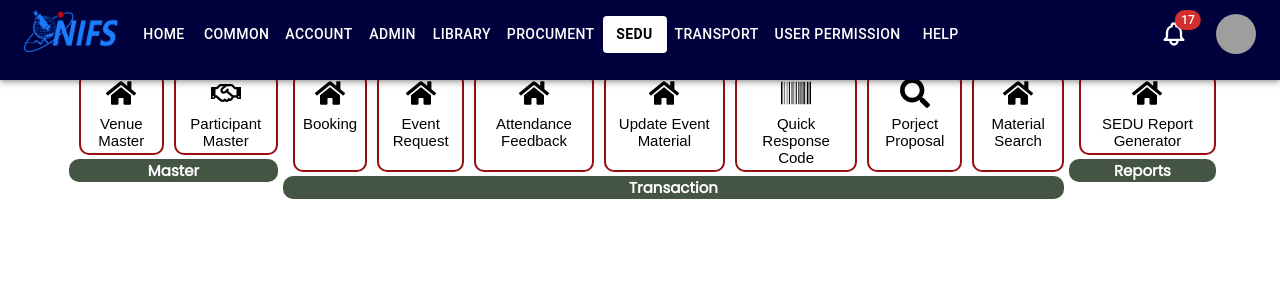
Repository: virangaj/NIFS-WebApp
Page: /sedu (app in client/)
These files come from the project's save history. The page is drawn as it stood at one moment and after the next save; the edit follows.
The browser window is 1280 px wide. The pictures show the whole page.
Pictures or frames that could not be fetched are drawn as grey boxes. The project was rebuilt for these pictures with package versions that can differ from the ones it lists, and the page was loaded fresh each time. Also part of the build but not shown: client/src/pages/Login.tsx, client/src/pages/Home.tsx, client/src/components/Transport/shared/TransportNavbar.js, client/src/pages/TransportMainPage.tsx, client/src/pages/CommonMainPage.tsx, client/src/pages/AccountMainPage.tsx, client/src/pages/AdminMainPage.tsx, client/src/pages/LibraryMainPage.js and 4 more.

Above is the page before, as saved 2022-07-27 01:03:26.

After the next save:
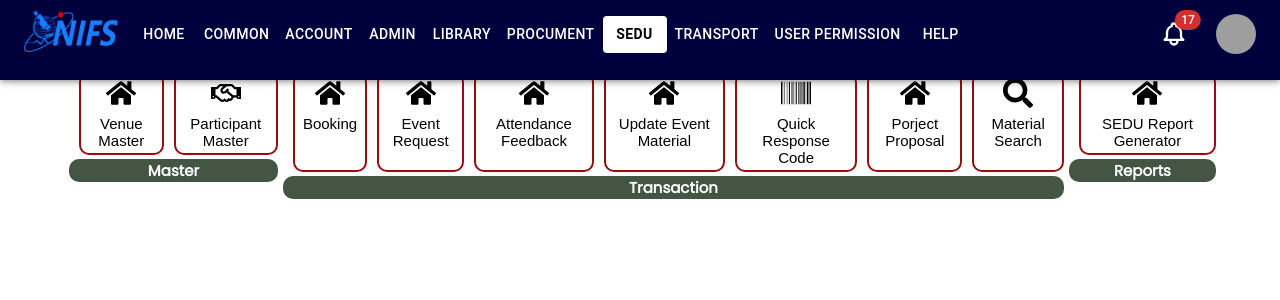
Saved 6 s later.
--- a/client/src/components/sedu/SeduSecondaryNavbar.tsx
+++ b/client/src/components/sedu/SeduSecondaryNavbar.tsx
@@ -26,8 +26,8 @@ function SeduSecondaryNavbar() {
                     <button className='nav-link'><span className='nav-icon'><FaHome /></span> Attendance Feedback</button>
                     <button className='nav-link'><span className='nav-icon'><FaHome /></span> Update Event Material</button>
                     <button className='nav-link'><span className='nav-icon'><FaBarcode /></span> Quick Response Code</button>
-                    <button className='nav-link'><span className='nav-icon'><FaSearch /></span> Porject Proposal</button>
-                    <button className='nav-link'><span className='nav-icon'><FaHome /></span>Material Search</button>
+                    <button className='nav-link'><span className='nav-icon'><FaHome /></span> Porject Proposal</button>
+                    <button className='nav-link'><span className='nav-icon'><FaSearch /></span>Material Search</button>
                 </div>
                 <div className='nav-title-section'>
                     <p className='nav-title'>Transaction</p>
